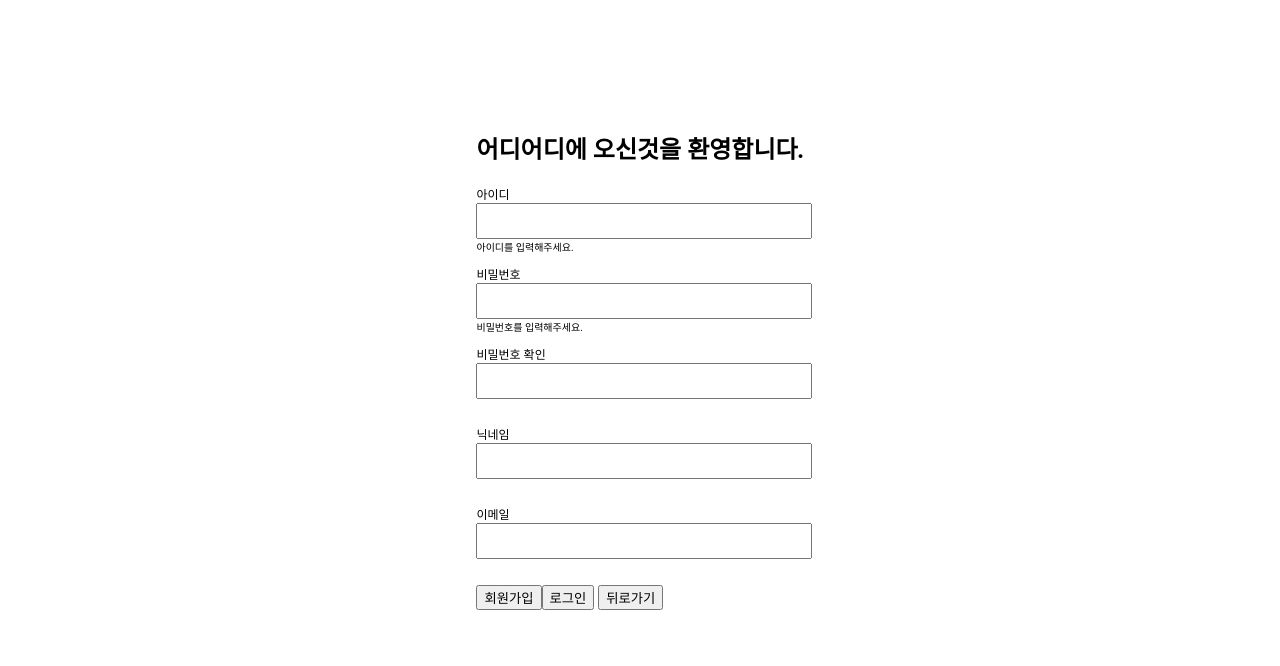
Repository: zzangyu/koreanFoodsProject
Page: http://localhost/koreanFoodsProject/koreanFoods/signUp.jsp
An editor plug-in stored every save of this project. The page is shown before and after the next save, followed by the edit.
The browser window is 1280 px wide. The pictures show the whole page.
The page is served by Tomcat 9. Other server files are loaded and not shown.

Above is the page before, as saved 2022-12-29 07:19:21.

### koreanFoodsProject/src/main/webapp/koreanFoods/signUp.jsp
<%@ page language="java" contentType="text/html; charset=UTF-8"
    pageEncoding="UTF-8"%>
<!DOCTYPE html>
<html>
<head>
<meta charset="UTF-8">
<link type="text/css" rel="stylesheet" href="css/kFoods.css">
<title>Sign Up</title>
</head>
<body>
	<form action="" id="signUp">
		<div id="signUp_Wrap">
			<h2>어디어디에 오신것을 환영합니다.</h2>
			<div>
				<label class="signUp_textSize">아이디</label>
				<div>
					<input type="text" name="kf_id" class="signUp_input">
					<div class="signUp_check_textSize" id="signUp_idCheck">아이디를 입력해주세요.</div>
				</div>
			</div>
			<div>
				<label class="signUp_textSize">비밀번호</label>
				<div>
					<input type="password" name="kf_password" class="signUp_input">
					<div class="signUp_check_textSize" id="signUp_idCheck">비밀번호를 입력해주세요.</div>
				</div>
			</div>
			<div>
				<label class="signUp_textSize">비밀번호 확인</label>
				<div>
					<input type="password" name="kf_passwordCheck" class="signUp_input">
					<div class="signUp_check_textSize" id="signUp_idCheck"></div>
				</div>
			</div>
			<div>
				<label class="signUp_textSize">닉네임</label>
				<div>
					<input type="text" name="kf_nickname" class="signUp_input">
					<div class="signUp_check_textSize" id="signUp_nickCheck"></div>
				</div>
			</div>
			<div>
				<label class="signUp_textSize">이메일</label>
				<div>
					<input type="text" name="kf_email" class="signUp_input">
					<div class="signUp_check_textSize" id="signUp_emailCheck"></div>
				</div>
			</div>
			<button class="signUp_button">회원가입</button><button class="signUp_button">로그인</button>
			<button class="signUp_button">뒤로가기</button>
		</div>
	</form>
</body>
</html>

### koreanFoodsProject/src/main/webapp/koreanFoods/css/kFoods.css
@charset "UTF-8";
html, body {
	margin: 0;
	padding: 0;
	width: 100%;
	height: 100%;
}
a {
	text-decoration: none;
}
#loginButton {
	background-color: yellow;
}
#loginButton a {
	color: red;
}
#signUp {
	width: 100%;
	height: 100%;
	display: flex;
	justify-content: center;
	align-items: center;
}
.signUp_textSize {
	font-size: 12px;
}
.signUp_check_textSize {
	font-size: 10px;
}
#signUp_Wrap h2 {
	text-align: center;
}
#signUp_Wrap > div {
	width: 100%;
	height: 80px;
}
.signUp_input {
	width: 100%;
	height: 30px;
}

After the next save:
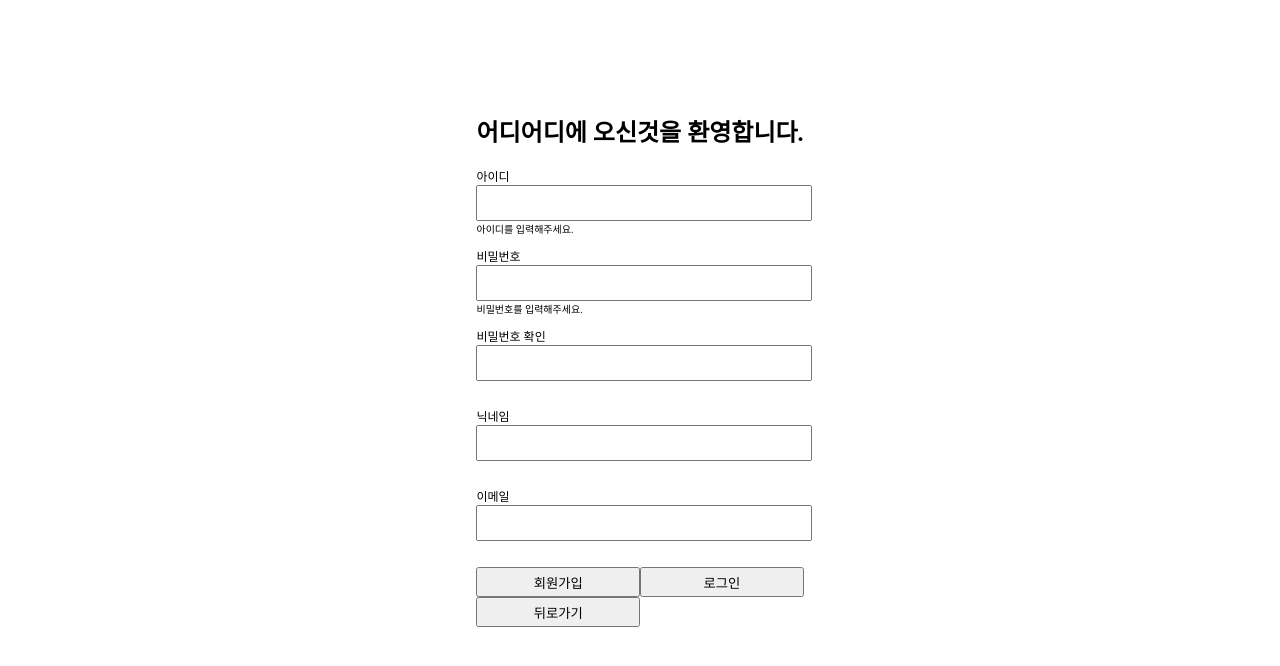
Saved 25 s later.
--- a/koreanFoodsProject/src/main/webapp/koreanFoods/css/kFoods.css
+++ b/koreanFoodsProject/src/main/webapp/koreanFoods/css/kFoods.css
@@ -38,3 +38,7 @@ a {
 	width: 100%;
 	height: 30px;
 }
+.signUp_button {
+	width: 50%;
+	height: 30px;
+}
